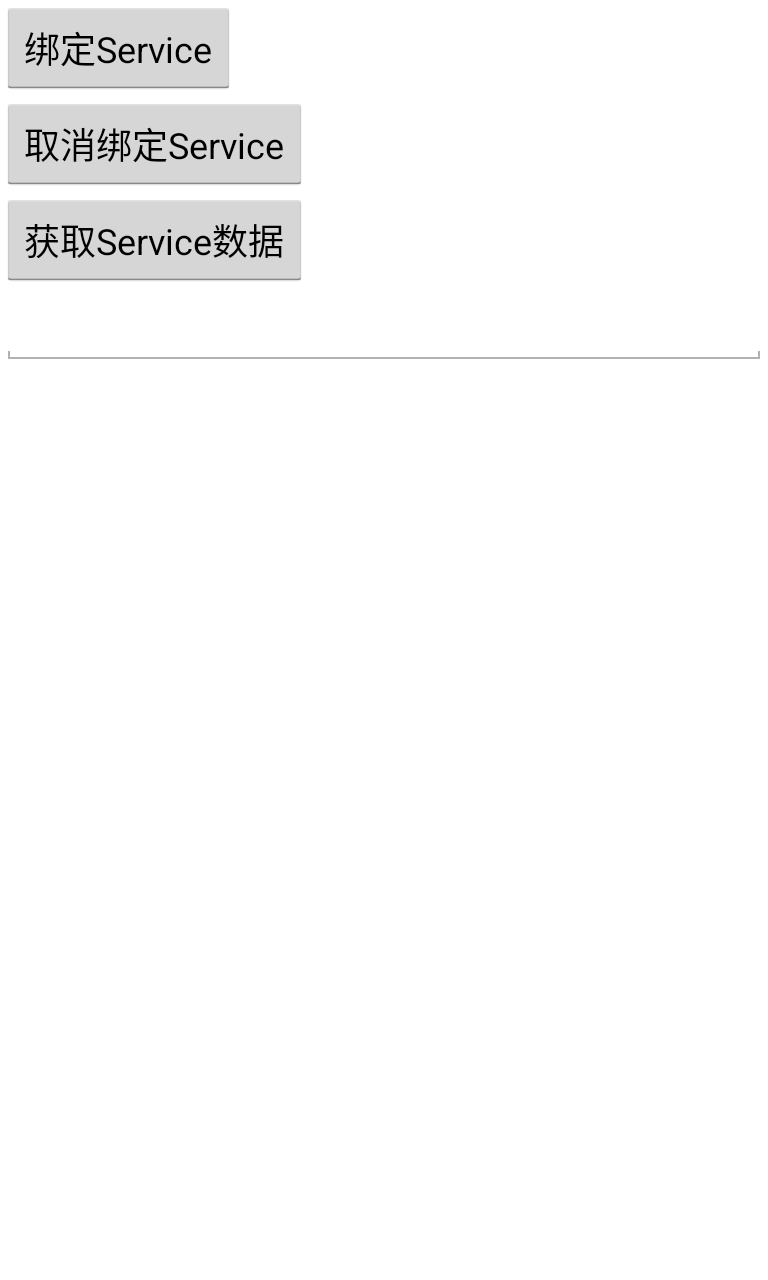
Repository: dingpc/ExAndroid
Layout: ExContentProvider/res/layout/main.xml
The author's editor kept a copy of each file at every save. The layout is drawn from the files as they stood at one save, then again after the next save.
It is drawn on a 768 x 1280 px phone screen (xhdpi) without system bars, with theme AppTheme; the app's code is not run.

Above is the layout before, as saved 2013-10-15 03:40:16.

### ExContentProvider/res/layout/main.xml
<?xml version="1.0" encoding="utf-8"?>
<LinearLayout xmlns:android="http://schemas.android.com/apk/res/android"
              android:layout_width="fill_parent"
              android:layout_height="fill_parent"
              android:orientation="vertical">

    <Button android:id="@+id/button1"
        android:layout_width="wrap_content"
        android:layout_height="wrap_content"
        android:text="绑定Service"/>
    <Button android:id="@+id/button2"
        android:layout_width="wrap_content"
        android:layout_height="wrap_content"
        android:text="取消绑定Service"/>
    <Button android:id="@+id/button3"
        android:layout_width="wrap_content"
        android:layout_height="wrap_content"
        android:text="获取Service数据"/>

    <EditText android:id="@+id/editText"
        android:layout_width="fill_parent"
        android:layout_height="wrap_content"/>
</LinearLayout>

Loaded but not shown: ExContentProvider/res/values-v11/styles.xml (common file); ExContentProvider/res/values-v14/styles.xml (common file); ExContentProvider/res/values/styles.xml (common file)

After the next save:
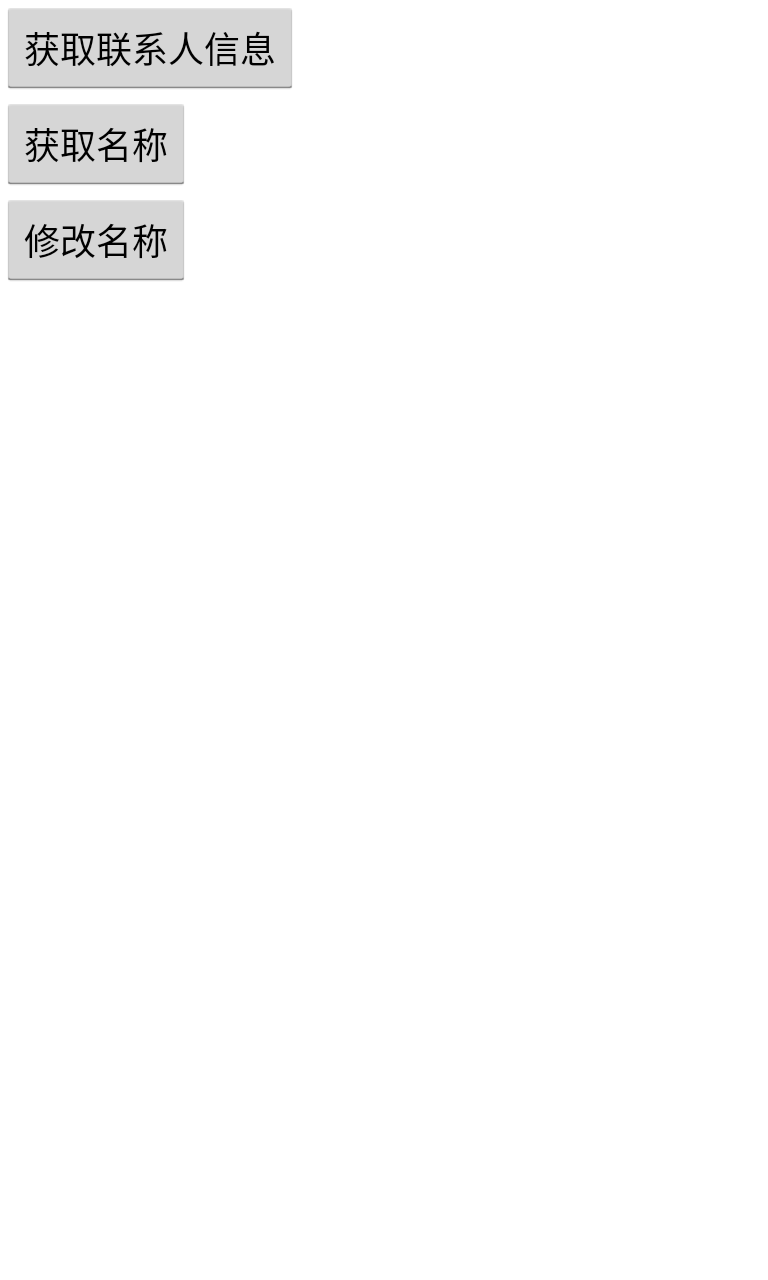
Saved 116 s later.
--- a/ExContentProvider/res/layout/main.xml
+++ b/ExContentProvider/res/layout/main.xml
@@ -7,17 +7,17 @@
     <Button android:id="@+id/button1"
         android:layout_width="wrap_content"
         android:layout_height="wrap_content"
-        android:text="绑定Service"/>
+        android:text="获取联系人信息"/>
     <Button android:id="@+id/button2"
         android:layout_width="wrap_content"
         android:layout_height="wrap_content"
-        android:text="取消绑定Service"/>
+        android:text="获取名称"/>
     <Button android:id="@+id/button3"
         android:layout_width="wrap_content"
         android:layout_height="wrap_content"
-        android:text="获取Service数据"/>
+        android:text="修改名称"/>
 
-    <EditText android:id="@+id/editText"
-        android:layout_width="fill_parent"
+    <TextView android:id="@+id/textView"
+        android:layout_width="fill_content"
         android:layout_height="wrap_content"/>
 </LinearLayout>
